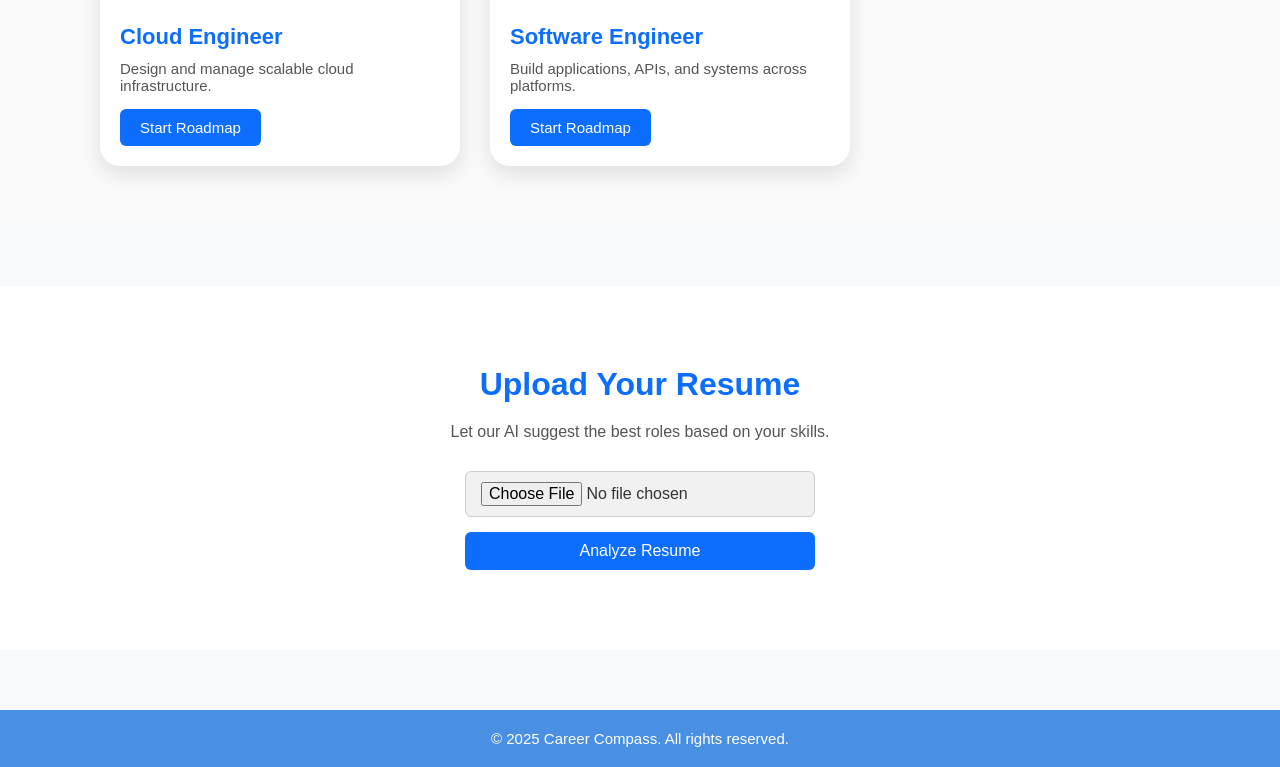
Repository: AI-Devsara01/Career-Compass
Page: templates/home.html
An editor plug-in stored every save of this project. The page is shown before and after the next save, followed by the edit.
The browser window is 1280 px wide. The pictures show the part of the page from y = 1150 to 1917 px (the page is 1917 px tall before and 1818 px after).
The template is drawn by Flask 3. The application's start-up code is not run. The template is opened directly, without the code that normally fills it, so the values that code supplies are empty.

Above is the page before, as saved 2025-04-20 14:31:25.

After the next save:
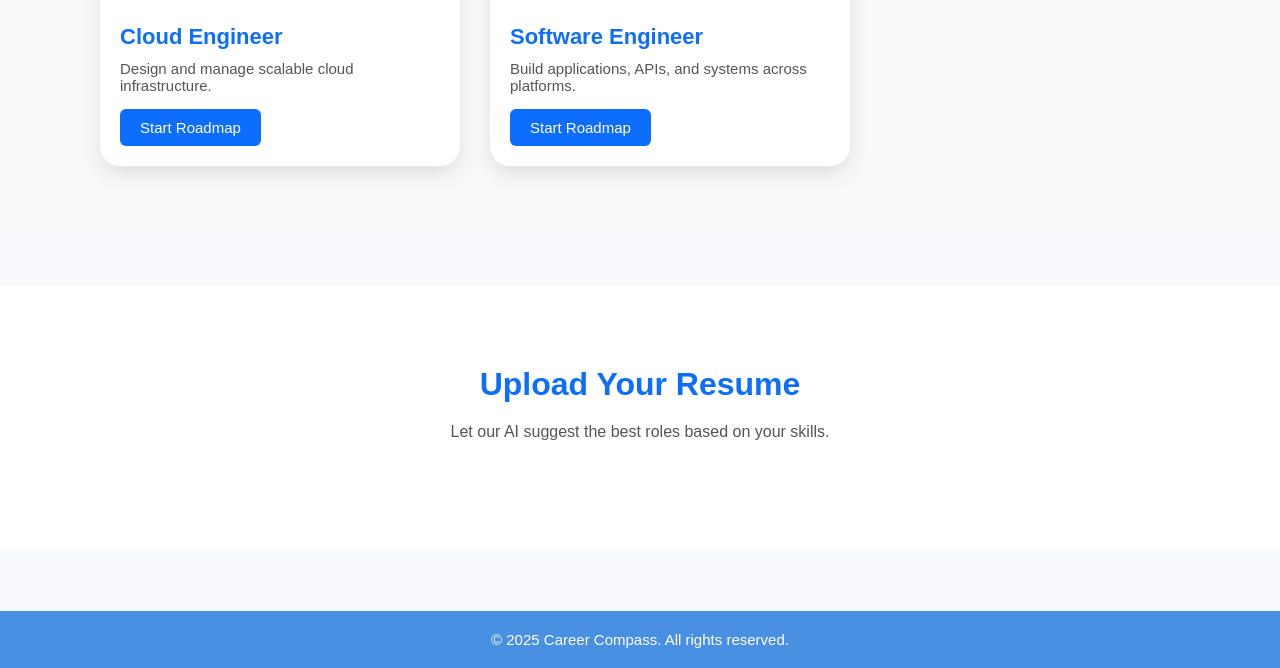
Saved 13 s later.
--- a/templates/home.html
+++ b/templates/home.html
@@ -340,11 +340,8 @@
   <div class="feature-section">
     <h2>Upload Your Resume</h2>
     <p>Let our AI suggest the best roles based on your skills.</p>
-    <form>
-      <input type="file" name="resume" />
-      <input type="submit" value="Analyze Resume" />
-
-    </form>
+
+
   </div>
 
   <!-- Footer -->
